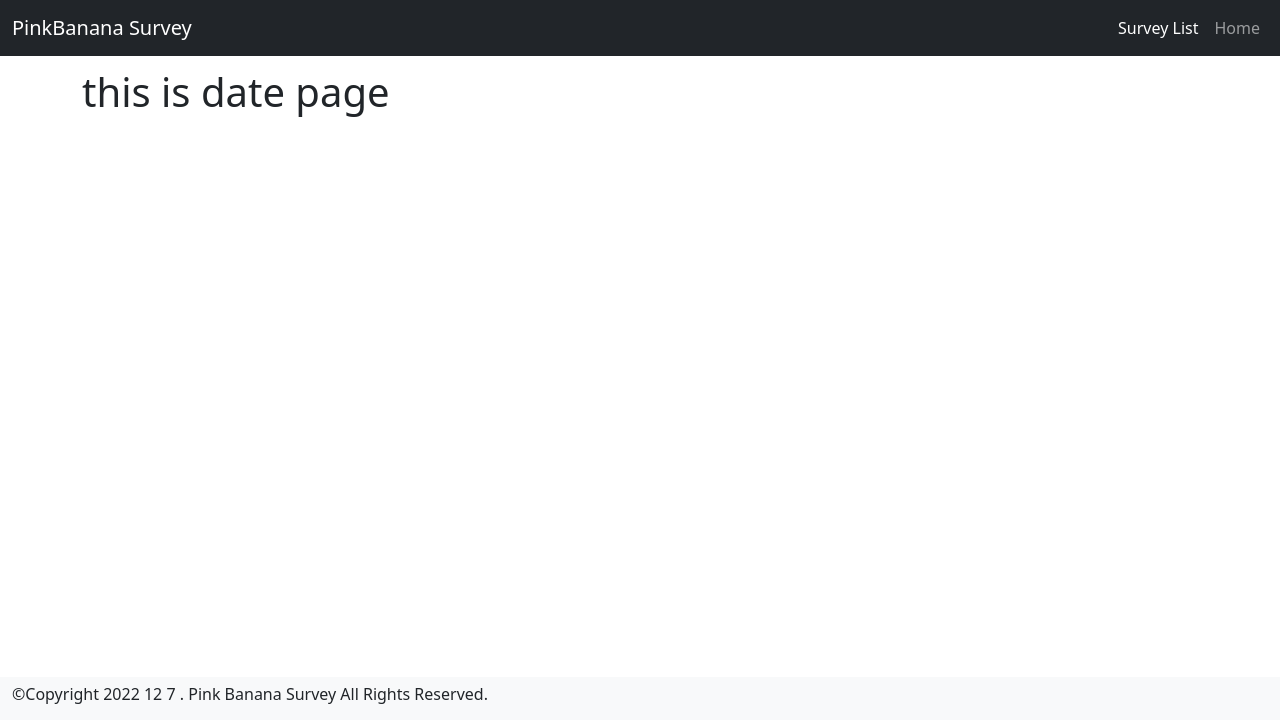
Repository: miaaow42/BananaProject
Page: /date (app in front-end/)
These files come from the project's save history. The page is drawn as it stood at one moment and after the next save; the edit follows.
The browser window is 1280 px wide. The pictures show the whole page.
The project was rebuilt for these pictures with package versions that can differ from the ones it lists, and the page was loaded fresh each time. Also part of the build but not shown: front-end/src/App.css, front-end/src/content/survey-list-all.tsx.

Above is the page before, as saved 2022-12-08 05:49:47.

After the next save:
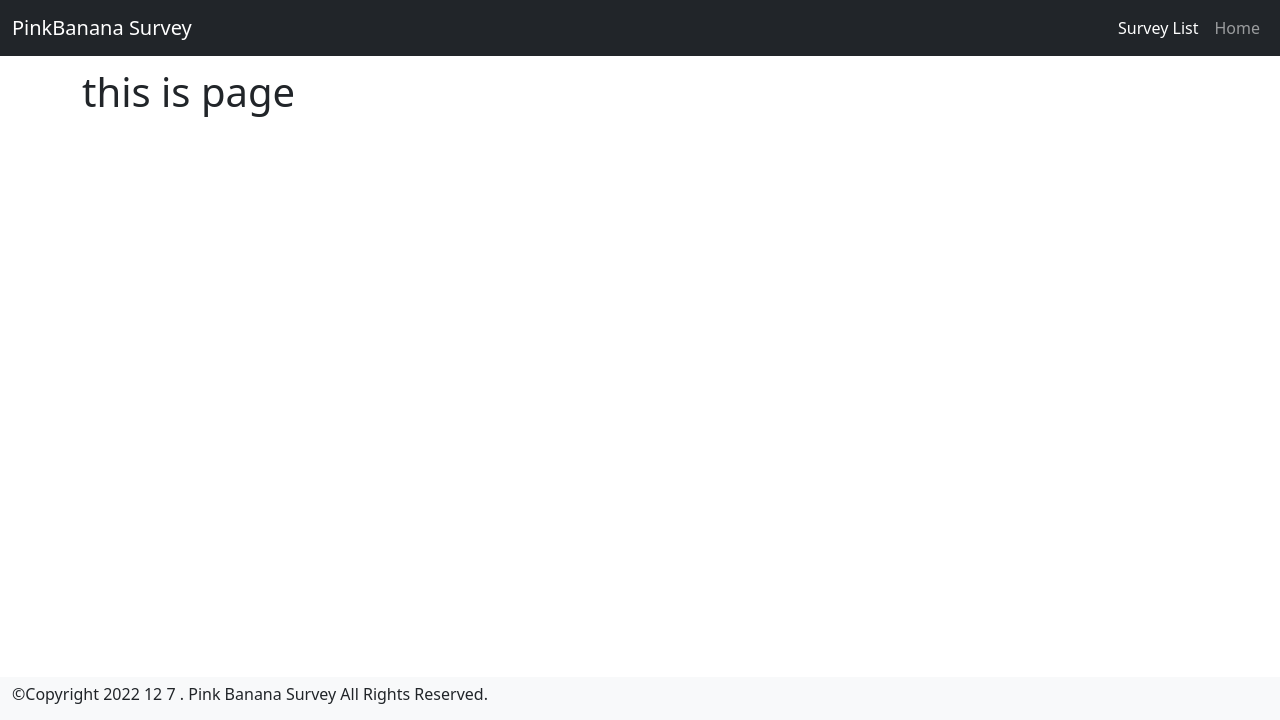
Saved 17 s later.
--- a/front-end/src/content/date.tsx
+++ b/front-end/src/content/date.tsx
@@ -7,7 +7,7 @@
             <div className="container">
                  <div className="row d-flex justify-content-center align-items-center h-100">
                     <br></br><br></br><br></br><br></br><br></br><br></br><br></br><br></br>
-                    <h1>this is  date page</h1>
+                    <h1>this is  <title></title>page</h1>
 
                     <form method="POST" className="col-lg-6 col-md-10 col-sm-10" />
 

After the save that followed:
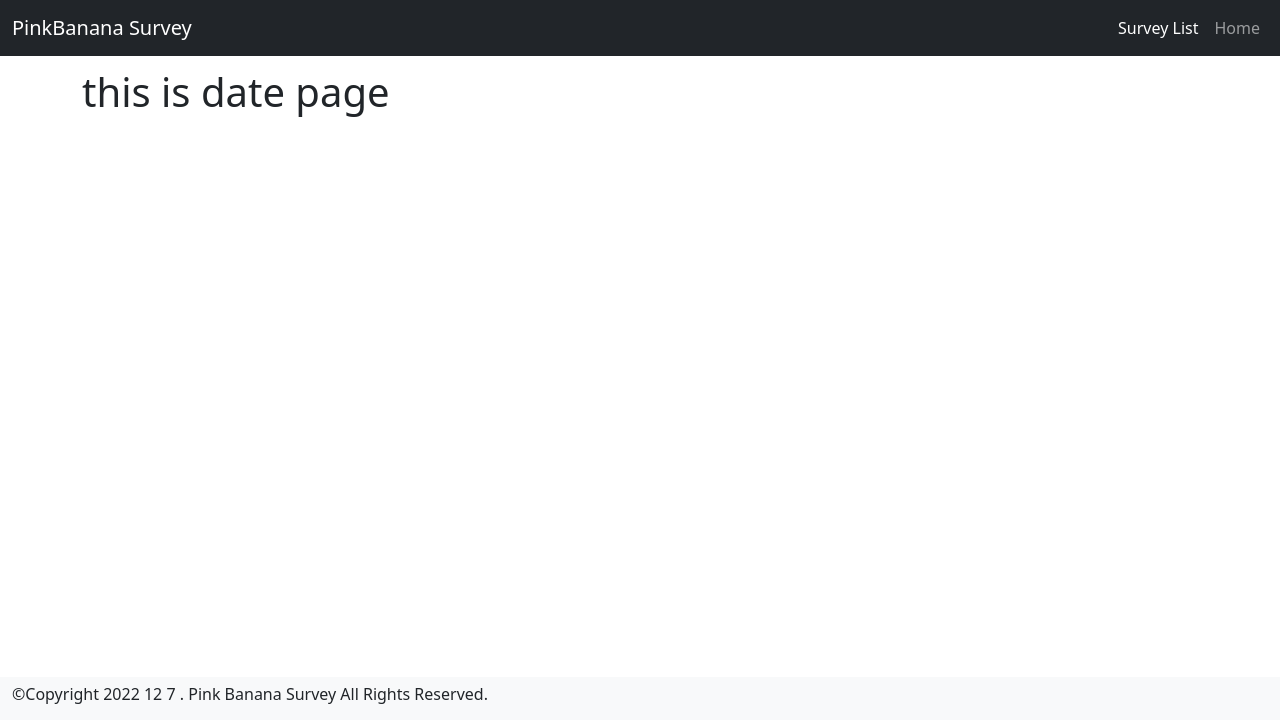
Saved 13 s later.
--- a/front-end/src/content/date.tsx
+++ b/front-end/src/content/date.tsx
@@ -7,7 +7,7 @@
             <div className="container">
                  <div className="row d-flex justify-content-center align-items-center h-100">
                     <br></br><br></br><br></br><br></br><br></br><br></br><br></br><br></br>
-                    <h1>this is  <title></title>page</h1>
+                    <h1>this is  date page</h1>
 
                     <form method="POST" className="col-lg-6 col-md-10 col-sm-10" />
 
